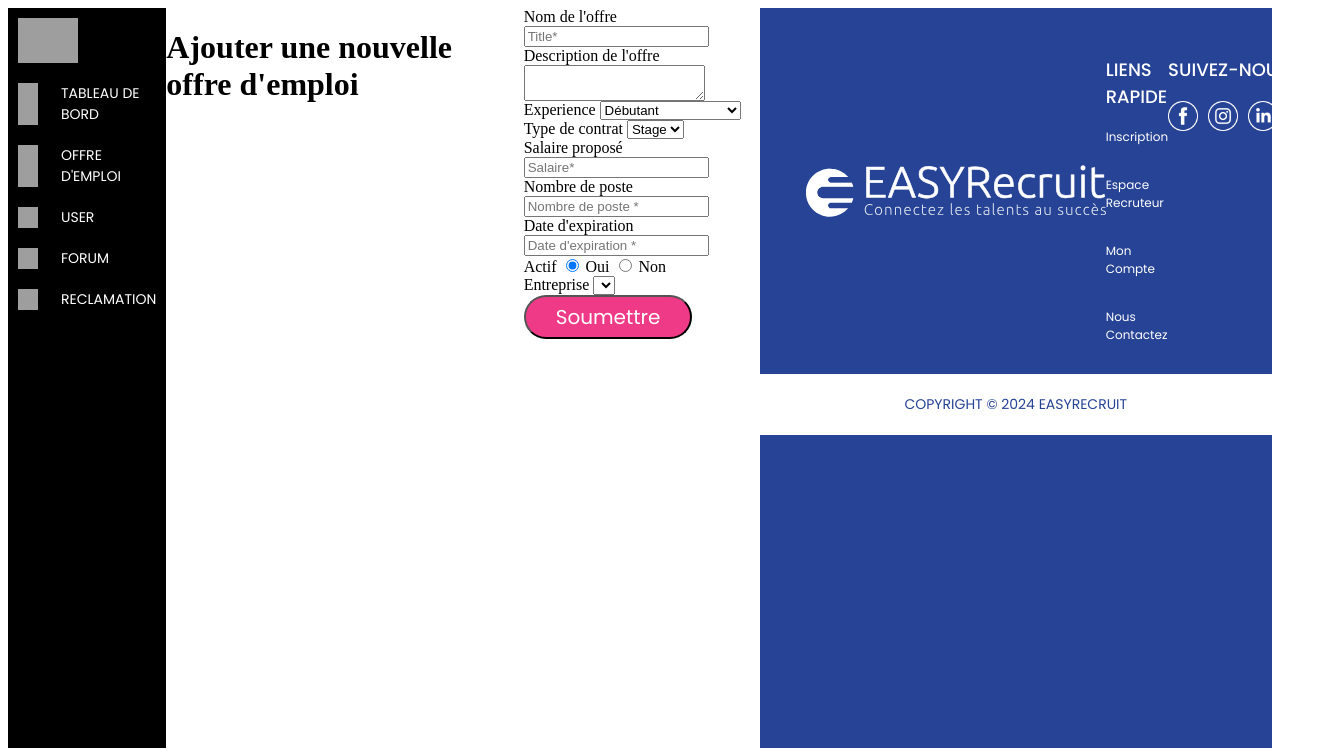
Repository: sophiegafsi/web
Page: http://localhost/admin/index.php?controller=joboffer&action=add
These files come from the project's save history. The page is drawn as it stood at one moment and after the next save; the edit follows.
The browser window is 1280 px wide. The page is 1318 px wide, then 1280 px, so the pictures cover 1318 px, including what lies to the right of the window. The pictures show the whole page.
Pictures or frames that could not be fetched are drawn as grey boxes. The page is run by PHP 8.4 with error messages shown; the project is at /var/www/html/. Queries for data that is not in the repository find no rows.

Above is the page before, as saved 2024-05-05 19:51:55.

After the next save:
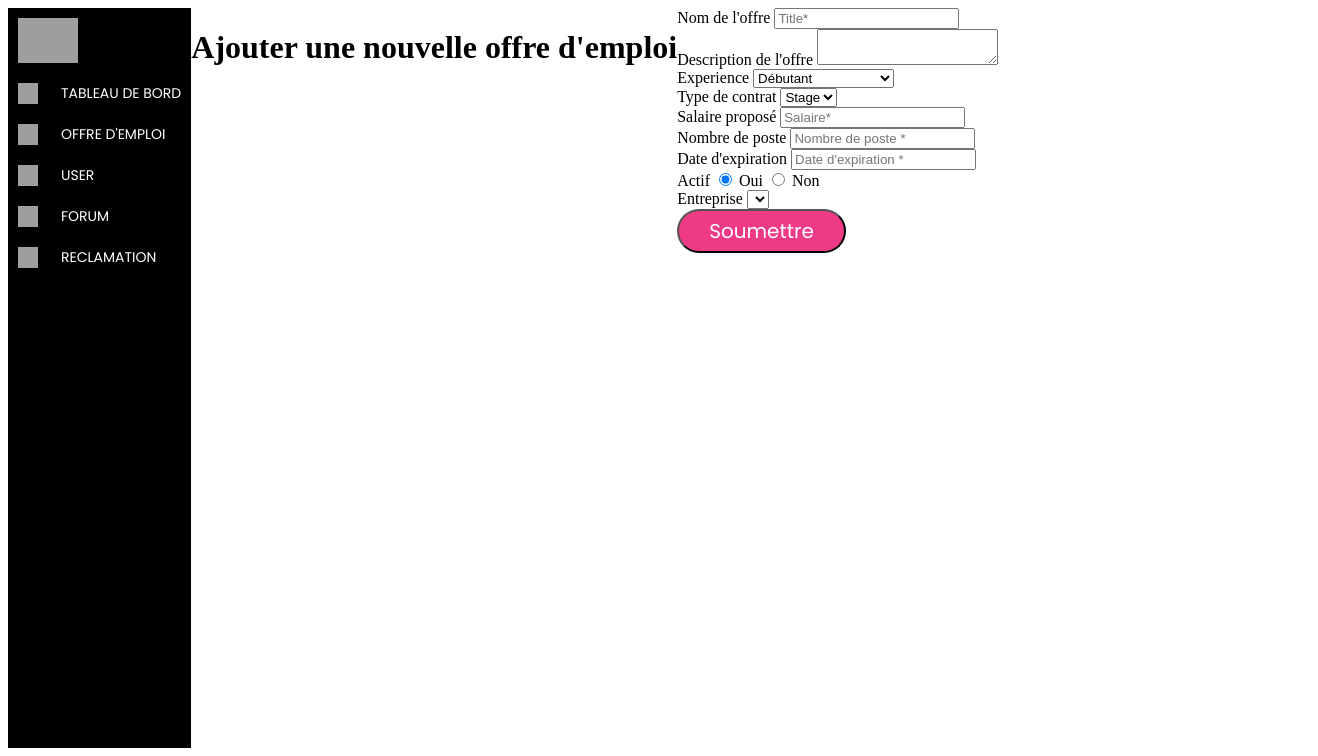
Saved 47 s later.
--- a/view/admin/job_offer/add.php
+++ b/view/admin/job_offer/add.php
@@ -77,6 +77,6 @@ if(isset($errors)){
         </div>
     </form>
 
-<?php
-include _PROJECT_DIR_ . '/view/layout/footer.php';
+    <?php
+include _PROJECT_DIR_.'/view/admin/layout/footer.php';
 ?>
